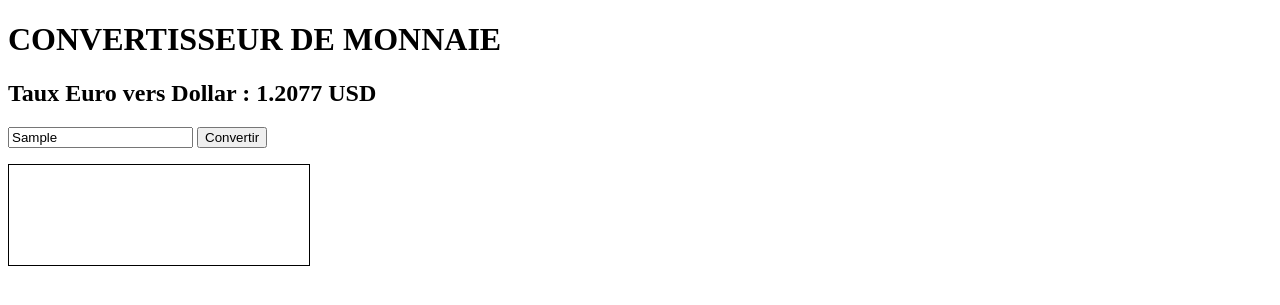
Repository: techmindconsulting/wordshiop-js
Page: index.html
These files come from the project's save history. The page is drawn as it stood at one moment and after the next save; the edit follows.
The browser window is 1280 px wide. The pictures show the whole page.
Empty fields were first filled with sample values (such as "Sample", 5 or name@example.com).
After loading, the first visible `input[onclick="convertir()"]` was clicked once.

Above is the page before, as saved 2021-01-17 13:03:51.
Console error: TypeError: Cannot set properties of null (setting 'innerText')

After the next save:
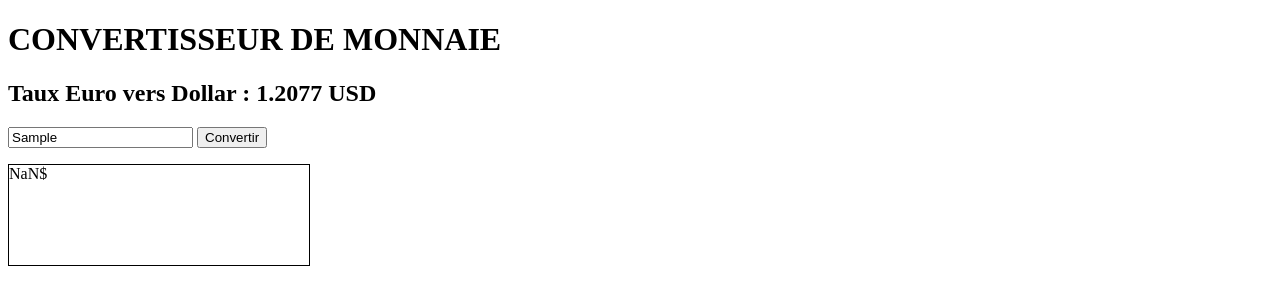
The error is gone.
Saved 25 s later.
--- a/conversion.js
+++ b/conversion.js
@@ -4,6 +4,6 @@ function convertir() {
     let amount = document.getElementById('amount').value;
     resultat = amount * CURRENCY;
 
-    document.getElementById('resulat').innerText = resultat + '$';
+    document.getElementById('resultat').innerText = resultat + '$';
 
 }
